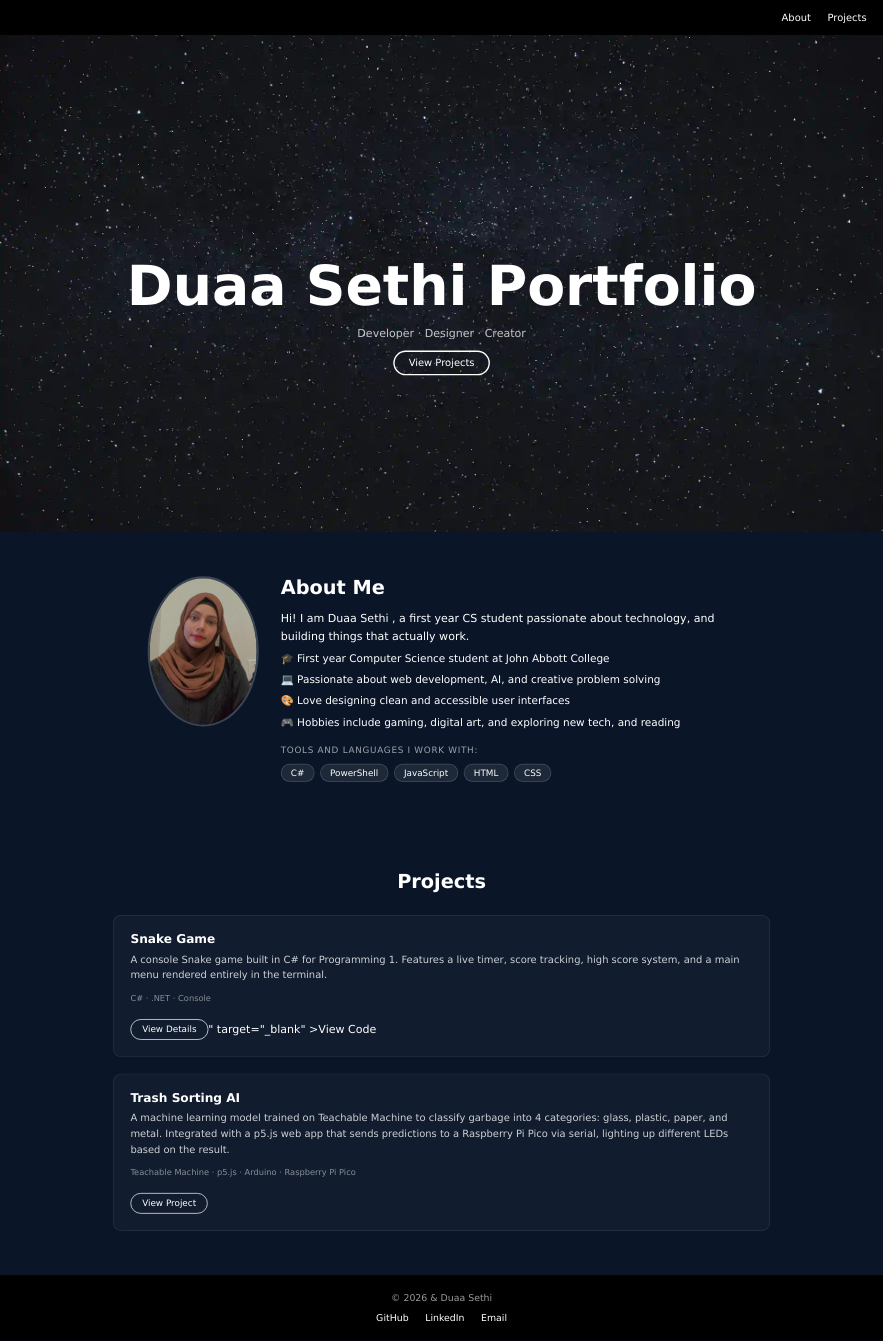
Repository: Duaa-Sethi/Duaa-Sethi
Page: index.html
The author's editor kept a copy of each file at every save. The page is drawn from the files as they stood at one save, then again after the next save.
The browser window is 1280 px wide. The pictures show the whole page, at 69% of full size.
Some web fonts or font styles are not loaded; a fallback is used.

Above is the page before, as saved 2026-05-08 17:00:57.

After the next save:
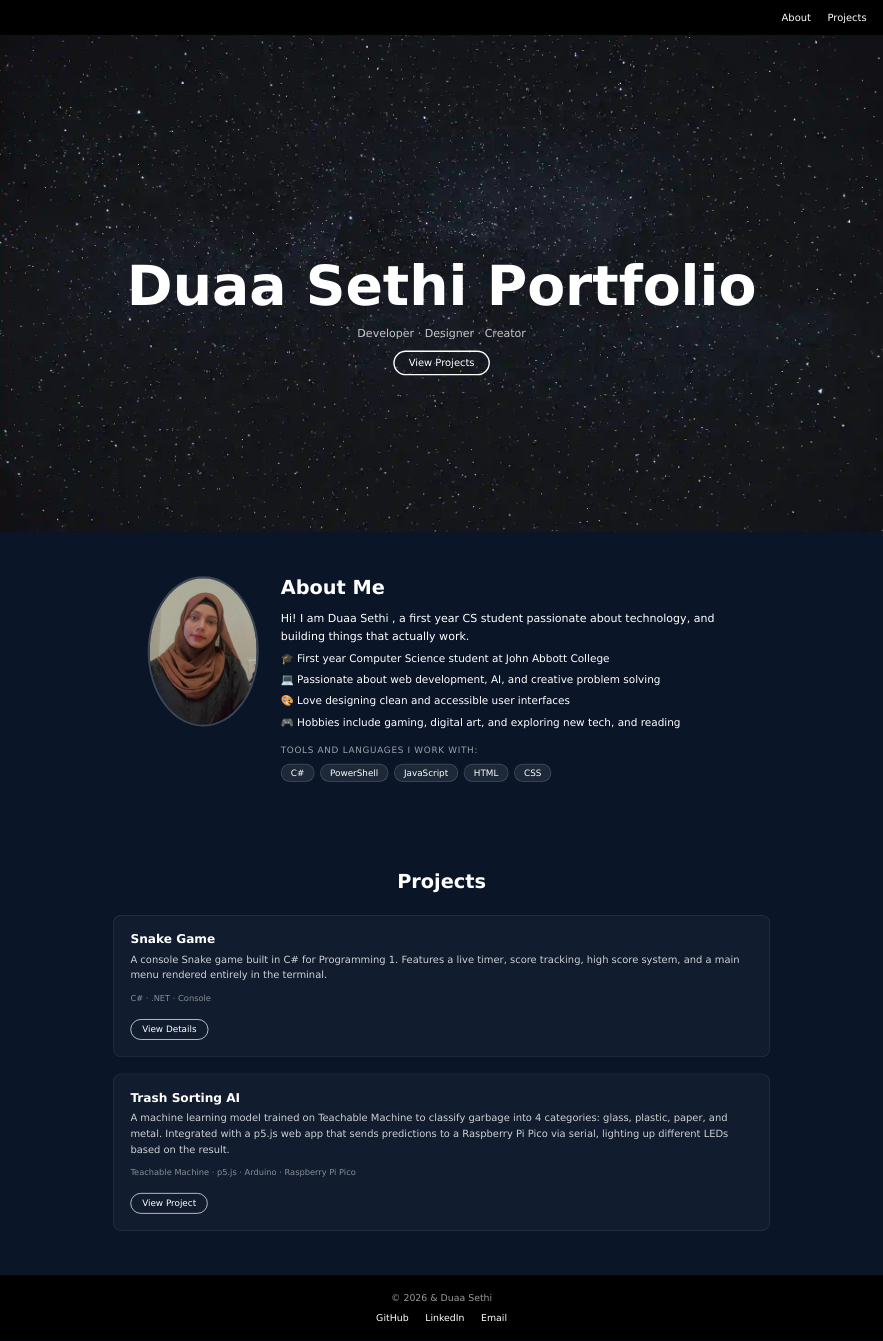
Saved 19 s later.
--- a/index.html
+++ b/index.html
@@ -71,11 +71,7 @@
             entirely in the terminal.
           </p>
           <p class="tech">C# · .NET · Console</p>
-          <a
-            href="<a href="./pages/snake-game.html">View Details</a>"
-            target="_blank"
-            >View Code</a
-          >
+          <a href="./pages/snake-game.html">View Details</a>
         </article>
         <article class="card">
           <h3>Trash Sorting AI</h3>
